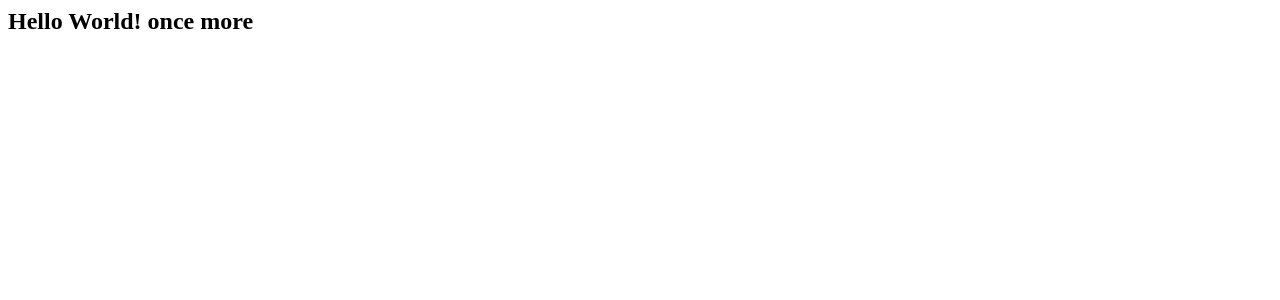
Repository: SushDhawan/Java_Session
Page: http://localhost/myspringmvc/
The author's editor kept a copy of each file at every save. The page is drawn from the files as they stood at one save, then again after the next save.
The browser window is 1280 px wide. The pictures show the whole page.
The page is served by Tomcat 9. Other server files are loaded and not shown.

Above is the page before, as saved 2022-05-30 07:34:17.

### myspringmvc/src/main/webapp/index.jsp
<html>
<body>
<h2>Hello World! once more</h2>


</body>
</html>

After the next save:
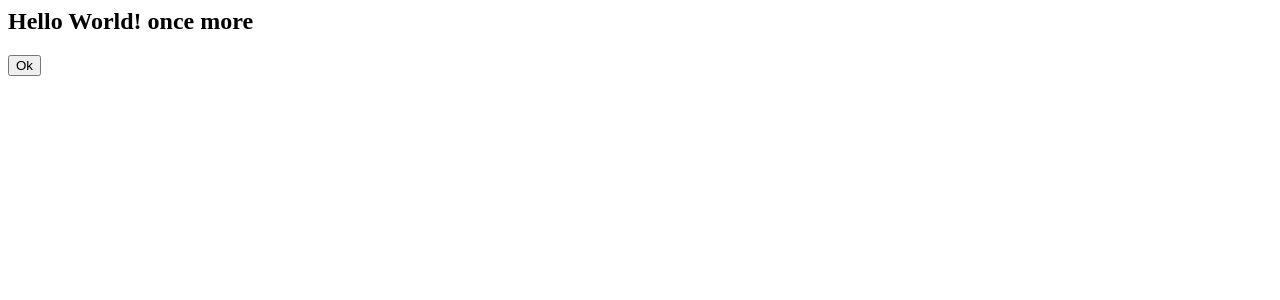
Saved 45 s later.
--- a/myspringmvc/src/main/webapp/index.jsp
+++ b/myspringmvc/src/main/webapp/index.jsp
@@ -1,7 +1,9 @@
 <html>
 <body>
 <h2>Hello World! once more</h2>
-
+<form>
+<input type = "submit" value = "Ok">
+</form>
 
 </body>
 </html>
